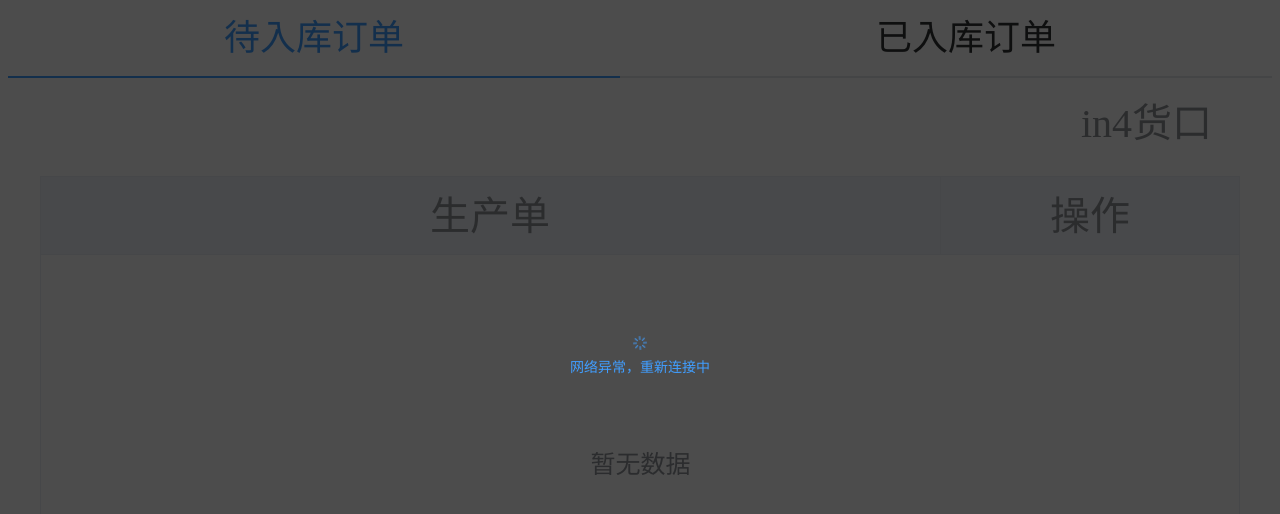
Repository: yaesass/yaesass
Page: / (app in scancode/)
These files come from the project's save history. The page is drawn as it stood at one moment and after the next save; the edit follows.
The browser window is 1280 px wide. The pictures show the whole page.
The page's requests for data from a server got no answer. The project was rebuilt for these pictures with package versions that can differ from the ones it lists, and the page was loaded fresh each time. No one was signed in, and anything a server would have sent is missing. Also part of the build but not shown: scancode/vue.config.js.

Above is the page before, as saved 2022-06-30 17:21:00.

### scancode/src/main.js
import Vue from 'vue'
import App from './App.vue'
import router from './router/index.js'

import ElementUI from 'element-ui';
import 'element-ui/lib/theme-chalk/index.css';

import axios from 'axios'
Vue.use(ElementUI);
Vue.config.productionTip = false
Vue.prototype.$axios = axios
new Vue({
  el: '#app',
  axios,
  router,
  render: h => h(App)
}).$mount('#app')

### scancode/src/App.vue
<template>
  <div id="app">
    <!-- Name {{ Name }} token {{ token }} Type {{ Type }} Remarks {{ Remarks }} -->
    <router-view></router-view>
  </div>
</template>
<script>
export default {
  name: "App",
  data() {
    return {
      // show: "",
      // activeName: "待生产订单",
      // list: [],
      // listLoading: true,
      // queryForm: {
      //   CurrentPage: 1,
      //   PageSize: 999999,
      // },
      // intervalId: null,
      // messageObj: "",
    };
  },
  created() {
    //获取winform数据
    let Name, token, Type, Remarks;
    // Name = this.getQueryString("Name");
    // token = "Bearer" + " " + this.getQueryString("token");
    // Type = this.getQueryString("DeliveryType");
    // Remarks = this.getQueryString("Remarks");
    token =
      "Bearer admin-accessToken-eyJ0eXAiOiJKV1QiLCJhbGciOiJIUzI1NiJ9.eyJpZCI6IkVBNDY5MDAwLUEwRTMtNDM2NS04OEU1LTYzNTk4MUQxNzM2NSIsIm5hbWUiOiLmiavnoIEifQ.ysDSnXIKlGLatjoH2wUIq0r65R8tv9DP_CH0vsOTbN0";
    Name = "in4";
    Type = "in";
    Remarks = "in4货口";
    if (Type == "in") {
      this.$router.push({
        name: "InStock",
        params: { Name, token, Type, Remarks },
      });
    } else {
      this.$router.push({
        name: "OutStock",
        params: { Name, token, Type, Remarks },
      });
    }
  },
  beforeDestroy() {
    // this.isDestroyed = true;
    // this.ws.close("测试");
  },
  methods: {
    //接收winform数据
    getQueryString(name) {
      var reg = new RegExp("(^|&)" + name + "=([^&]*)(&|$)");
      var r = window.location.search.substr(1).match(reg);
      if (r != null) return decodeURI(r[2]);
      return null;
    },
  },
};
</script>

### scancode/src/router/index.js
import Vue from 'vue'
import VueRouter from 'vue-router'
// import HomeView from '../views/mainPage/mainPage.vue'

Vue.use(VueRouter)

const routes = [
  {
    path: '/',
    name: 'home',
  },
  {
    path: '/InStock',
    name: 'InStock',
    // route level code-splitting
    // this generates a separate chunk (about.[hash].js) for this route
    // which is lazy-loaded when the route is visited.
    component: () => import(/* webpackChunkName: "about" */ '../views/InStock.vue')
  }, {
    path: '/InStockDetail',
    name: 'InStockDetail',
    // route level code-splitting
    // this generates a separate chunk (about.[hash].js) for this route
    // which is lazy-loaded when the route is visited.
    component: () => import(/* webpackChunkName: "about" */ '../views/InStockDetail.vue')
  }, {
    path: '/OutStock',
    name: 'OutStock',
    // route level code-splitting
    // this generates a separate chunk (about.[hash].js) for this route
    // which is lazy-loaded when the route is visited.
    component: () => import(/* webpackChunkName: "about" */ '../views/OutStock.vue')
  }
]



const router = new VueRouter({
  routes
})

export default router

### scancode/src/views/InStock.vue
<template>
  <el-tabs v-model="activeName" @tab-click="handleClick">
    <el-tab-pane label="待入库订单" class="counttable" name="待入库订单">
      <div class="count">
        <div class="counttxt">{{ Remarks }}</div>
      </div>
      <el-table
        :data="tableData"
        border
        :header-cell-style="{
          background: '#F2F6FC',
          height: '48px',
          color: '#909399',
          fontSize: '40px',
        }"
        style="width: 95%; margin: 40px auto 0 auto; font-size: 25px"
        :cell-style="totalcellcolor"
        height="500"
        :row-style="{ height: '48px' }"
      >
        <el-table-column align="center" label="生产单">
          <template slot-scope="scope">
            <span v-html="scope.row.product"></span>
          </template>
        </el-table-column>
        <el-table-column align="center" label="操作" width="300px">
          <template #default="{ row }">
            <el-button
              type="primary"
              round
              @click="ordercharge(row)"
              style="font-size: 20px"
            >
              入库
            </el-button>
          </template>
        </el-table-column>
      </el-table>
    </el-tab-pane>
    <el-tab-pane label="已入库订单" class="counttable" name="已入库订单">
      <el-table
        :data="tableData"
        border
        :header-cell-style="{
          background: '#F2F6FC',
          height: '48px',
          color: '#909399',
          fontSize: '40px',
        }"
        style="width: 95%; margin: 20px auto 0 auto; font-size: 25px"
        :cell-style="totalcellcolor"
        height="550"
        :row-style="{ height: '48px' }"
      >
        <el-table-column align="center" label="生产单">
          <template slot-scope="scope">
            <span v-html="scope.row.product"></span>
          </template>
        </el-table-column>
        <el-table-column
          align="center"
          prop="RealQuantity"
          label="数量"
          width="250px"
        >
        </el-table-column>
        <el-table-column align="center" label="时间" width="250px">
          <template slot-scope="scope">
            <span v-html="scope.row.WarehousingTime"></span>
          </template>
        </el-table-column>
      </el-table>
    </el-tab-pane>
  </el-tabs>
</template>

<script>
export default {
  name: "InStock",
  data() {
    return {
      token: "",
      Name: "",
      Type: "",
      Remarks: "",
      activeName: "待入库订单",
      tableData: [], //列表数据
    };
  },
  created() {
    this.token = this.$route.params.token;
    this.Name = this.$route.params.Name;
    this.Type = this.$route.params.Type;
    this.Remarks = this.$route.params.Remarks;
    this.GetScanningOrder();

    // console.log("this.$route.params", this.$route.params);
  },
  mounted() {},

  destroyed() {
    // 在页面销毁
  },
  methods: {
    //选项卡
    handleClick(e) {
      // console.log("点击tab", e.name);
      this.getlist(e.name);
    },

    //入库按钮
    ordercharge(row) {
      let that = this;

      this.$loading({
        lock: true,
        text: "请稍候...",
        spinner: "el-icon-loading",
        background: "rgba(0, 0, 0, 0.7)",
      });
      this.Ordername = row.product;
      that.$axios
        .post(
          "https://www.moondeity.com:8308/api/Areas/OrderInfo/EditOrderState",
          {
            OrderId: row.OrderId,
            StockType: that.Name,
            StockState: 1,
          },
          {
            headers: {
              Authorization: that.token,
            },
          }
        )
        .then(function (response) {
          //console.log('EditOrderStateresponse', response.data.msg)
          if (response.data.msg != "修改成功") {
            that.$loading().close();
            that.message(response.data.msg);
          }
          that.GetScanningOrder();
        })
        .catch(function (error) {
          console.log(error);
        });
    },

    //查询入库订单状态
    GetScanningOrder(e) {
      let that = this;
      that.$loading({
        lock: true,
        text: "请稍候...",
        spinner: "el-icon-loading",
        background: "rgba(0, 0, 0, 0.7)",
      });
      that.list = [];
      that.$axios
        .post(
          "https://www.moondeity.com:8308/api/Areas/OrderInfo/GetScanningOrder",
          {
            Type: that.Name,
          },
          {
            headers: {
              Authorization: that.token,
            },
          }
        )
        .then(function (response) {
          let reqdata = response.data.data;
          // console.log("查询入库订单状态", reqdata.dt);
          if (reqdata.dt != "") {
            let { Name, token, Type, Remarks } = that;
            console.log("{ Name, token, Type, Remarks } ", {
              Name,
              token,
              Type,
              Remarks,
            });
            //有正在入库的订单
            that.$router.push({
              name: "InStockDetail",
              params: { Name, token, Type, Remarks },
            });
          } else {
            that.getlist("待入库订单"); //没有正在入库的订单
          }
          that.$loading().close();
        })
        .catch(function (error) {
          console.log("查询入库订单状态error", error);
          if (e != "err") {
            that.$loading().close();
          }
          that.$loading({
            lock: true,
            text: "网络异常，重新连接中",
            spinner: "el-icon-loading",
            background: "rgba(0, 0, 0, 0.7)",
          });
          setTimeout(() => {
            that.GetScanningOrder("err");
          }, 3000);
        });
    },

    //获取列表
    getlist(Type) {
      let that = this;
      this.tableData = [];
      let formData = {
        Type,
        PageSize: 999999,
        CurrentPage: 1,
        StockType: that.Name,
      };
      if (Type == "已入库订单") {
        formData.begintime = this.gettime();
        formData.endtime = this.gettime();
      }

      this.$axios
        .post(
          "https://www.moondeity.com:8308/api/Areas/OrderInfo/GetOrderList",
          formData,
          {
            headers: {
              Authorization: that.token,
            },
          }
        )
        .then(function (response) {
          // console.log("获取待入库订单列表", response.data.data.dt);
          let temp = response.data.data.dt,
            list = [];
          for (let i = 0; i in temp; i++) {
            if (temp[i].WarehousingTime) {
              temp[i].WarehousingTime = temp[i].WarehousingTime.replace(
                "T",
                "<br/>"
              );
            }
            list.push({
              product: temp[i].Remarks,
              OrderId: temp[i].Id,
              RealQuantity: temp[i].RealQuantity,
              WarehousingTime: temp[i].WarehousingTime,
            });
          }
          //console.log('list', list)
          that.tableData = list;
        })
        .catch(function (error) {
          console.log(error);
        });
    },
    //表格列颜色
    batchcellcolor({ row, column, rowIndex, columnIndex }) {
      row, column, rowIndex;
      if (columnIndex == 2) {
        return "color:red";
      }
    },
    totalcellcolor({ row, column, rowIndex, columnIndex }) {
      row, column, rowIndex;
      if (columnIndex == 1) {
        return "color:red";
      }
    },
    //当前日期
    gettime() {
      let yy = new Date().getFullYear();
      let mm = new Date().getMonth() + 1;
      let dd = new Date().getDate();
      return yy + "-" + mm + "-" + dd;
    },
    //弹窗提示
    message(msg) {
      //console.log('message')
      if (msg == "success") {
        msg = "成功";
      }
      const h = this.$createElement;
      let tempHtml = h(
        "p",
        {
          style:
            " width: 100%; display:flex;align-items: center;justify-content: space-between;",
        },
        [h("span", undefined, msg)]
      );
      if (msg.indexOf("成功") != "-1") {
        this.$message({
          dangerouslyUseHTMLString: true,
          duration: 2000,
          type: "success",
          message: tempHtml,
          customClass: "workShop_message",
        });
        return true;
      }
      if (msg == "网络连接失败") {
        this.$message({
          dangerouslyUseHTMLString: true,
          duration: 2000,
          type: "error",
          message: tempHtml,
          customClass: "workShop_message",
        });
        return false;
      } else {
        this.$message({
          dangerouslyUseHTMLString: true,
          duration: 2000,
          type: "error",
          message: tempHtml,
          customClass: "workShop_message",
        });
        return false;
      }
    },
  },
};
</script>

<style>
.el-table {
  width: 100%;
  display: flex;
  flex-direction: column;
}

.el-table__body-wrapper {
  flex: 1;
}

.el-tabs__nav {
  width: 100%;
}
.el-tabs__item {
  margin-top: 10px;
  width: 50%;
  height: 60px;
  text-align: center;
  font-size: 36px;
  font-weight: 300;
  letter-spacing: 0em;
}

.back {
  margin-top: -50px;
  margin-left: 750px;
}

.count {
  display: flex;
  justify-content: right;
  margin: 20px 60px 20px 0;
}

.count .counttxt {
  font-size: 40px;
  font-weight: normal;
  line-height: 24px;
  letter-spacing: 0px;
  color: #909399;
}

.counttable .el-table .cell {
  line-height: 50px;
  font-weight: 300;
}

.inzeroa {
  display: flex;
  width: 264px;
  height: 81px;
  border-radius: 15px;
  background: #d8d8d8;
}

.inzeroa .btntxt {
  margin: auto;
  font-size: 50px;
  font-weight: 300;
  color: #aaaaaa;
}

.inzero {
  display: flex;
  width: 264px;
  height: 81px;
  border-radius: 15px;
  background: #409eff;
}

.inzero .btntxt {
  margin: auto;
  font-size: 50px;
  font-weight: 300;
  color: #ffffff;
}

.zero {
  display: flex;
  margin: 34px auto;
  width: 264px;
  height: 81px;
  border-radius: 15px;
  background: #409eff;
}

.zero .btntxt {
  margin: auto;
  font-size: 50px;
  font-weight: 300;
  color: #ffffff;
}

.outhistory {
  display: flex;
  margin: 34px auto;
  width: 264px;
  height: 81px;
  border-radius: 15px;
  background: #409eff;
}

.outhistory .btntxt {
  margin: auto;
  font-size: 50px;
  font-weight: 300;
  color: #ffffff;
}

.workShop_message {
  width: 40%;
  font-size: 30px;
  color: #ff7d38;
}

.workShop_message .btn {
  padding: 5px 10px;
  cursor: pointer;
  background: #ffb89143;
  border: 2px solid #ffb89143;
  border-radius: 10px;
}
</style>

Loaded but not shown: scancode/public/index.html (common file)

After the next save:
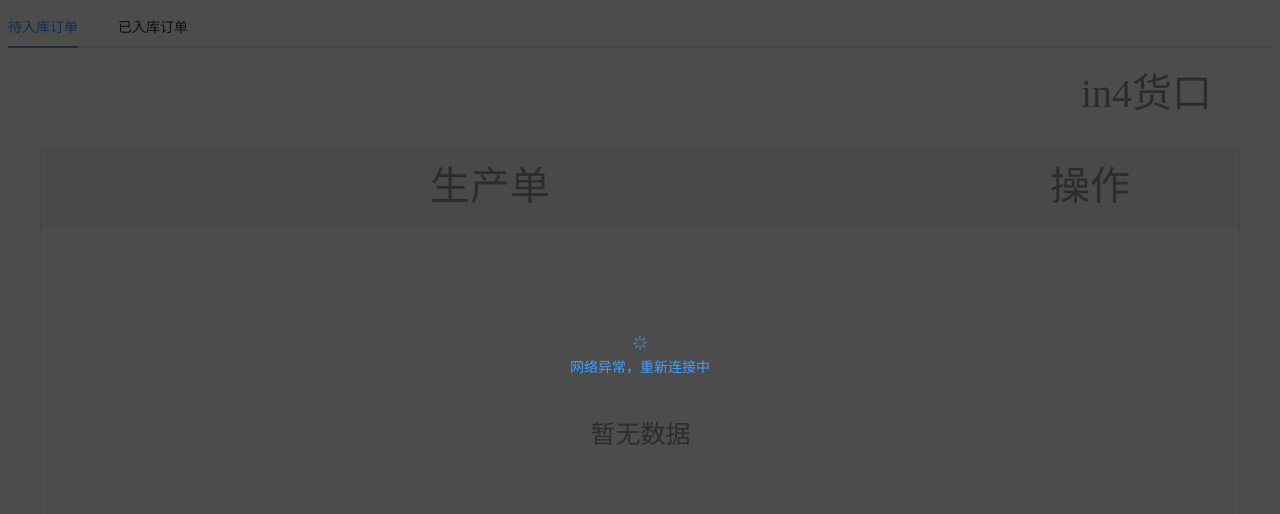
Saved 7 s later.
--- a/scancode/src/views/InStock.vue
+++ b/scancode/src/views/InStock.vue
@@ -336,7 +336,7 @@
   flex: 1;
 }
 
-.el-tabs__nav {
+/* .el-tabs__nav {
   width: 100%;
 }
 .el-tabs__item {
@@ -347,7 +347,7 @@
   font-size: 36px;
   font-weight: 300;
   letter-spacing: 0em;
-}
+} */
 
 .back {
   margin-top: -50px;

After the save that followed:
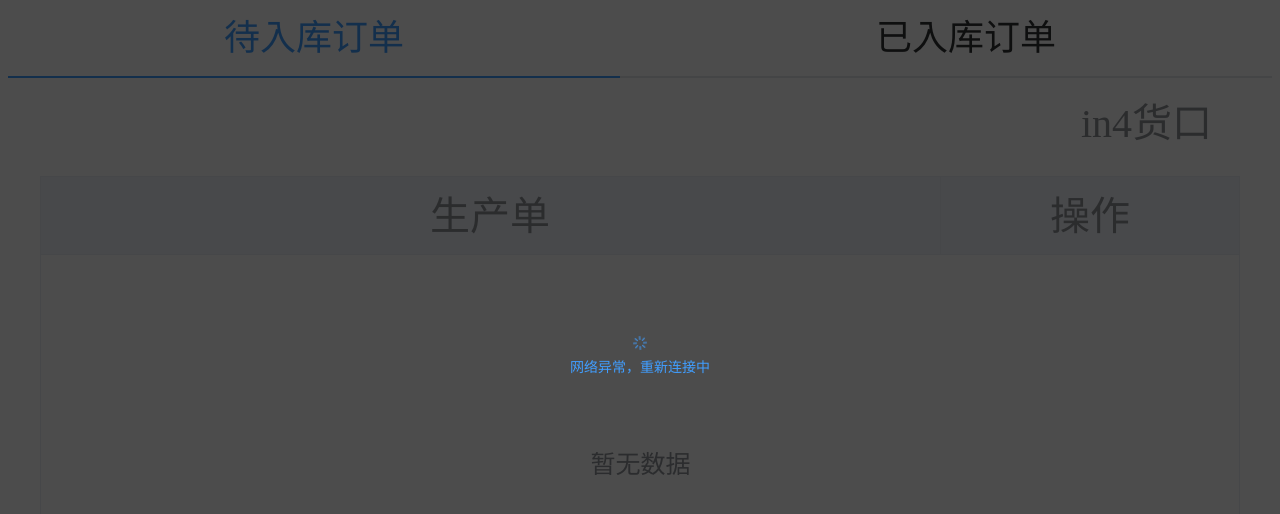
Saved 11 s later.
--- a/scancode/src/views/InStock.vue
+++ b/scancode/src/views/InStock.vue
@@ -326,7 +326,7 @@
 </script>
 
 <style>
-.el-table {
+/* .el-table {
   width: 100%;
   display: flex;
   flex-direction: column;
@@ -334,9 +334,9 @@
 
 .el-table__body-wrapper {
   flex: 1;
-}
-
-/* .el-tabs__nav {
+} */
+
+.el-tabs__nav {
   width: 100%;
 }
 .el-tabs__item {
@@ -347,7 +347,7 @@
   font-size: 36px;
   font-weight: 300;
   letter-spacing: 0em;
-} */
+}
 
 .back {
   margin-top: -50px;
